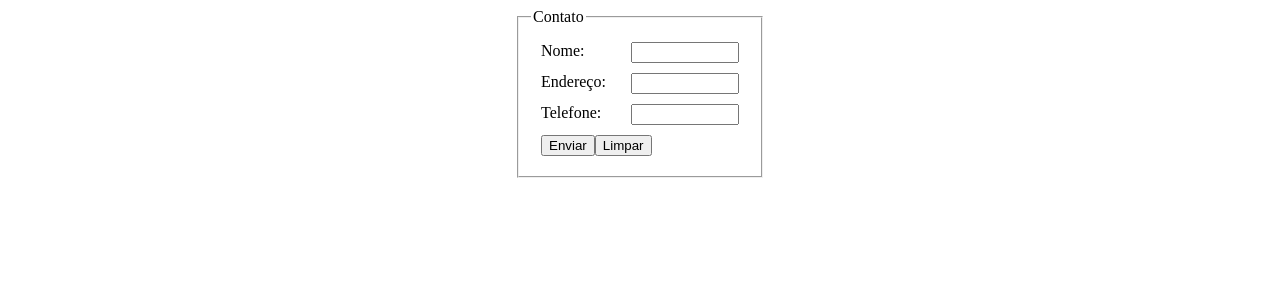
Repository: daniloserafim/trilha-backend-senai
Page: exemploServlet/WebContent/contato.html
An editor plug-in stored every save of this project. The page is shown before and after the next save, followed by the edit.
The browser window is 1280 px wide. The pictures show the whole page.

Above is the page before, as saved 2022-05-31 23:54:25.

After the next save:
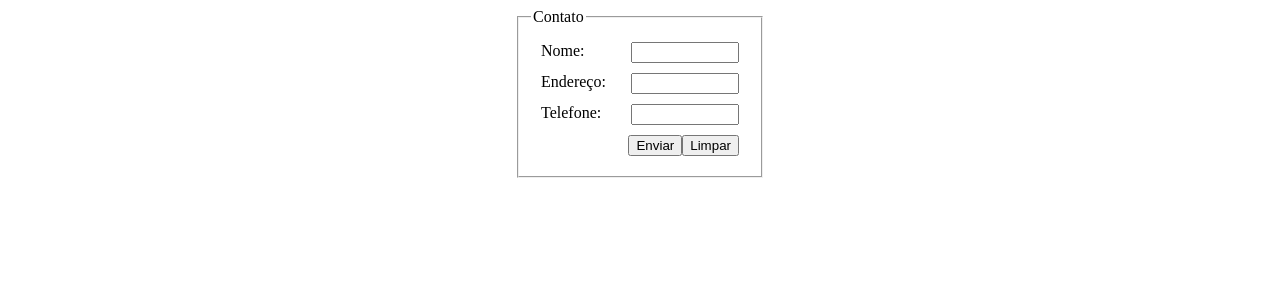
Saved 12 s later.
--- a/exemploServlet/WebContent/style.css
+++ b/exemploServlet/WebContent/style.css
@@ -30,5 +30,5 @@ input {
 	display: flex;
 	flex-direction: row;
 	margin: 10px;
-	justify-content: start;
+	justify-content: end;
 }
